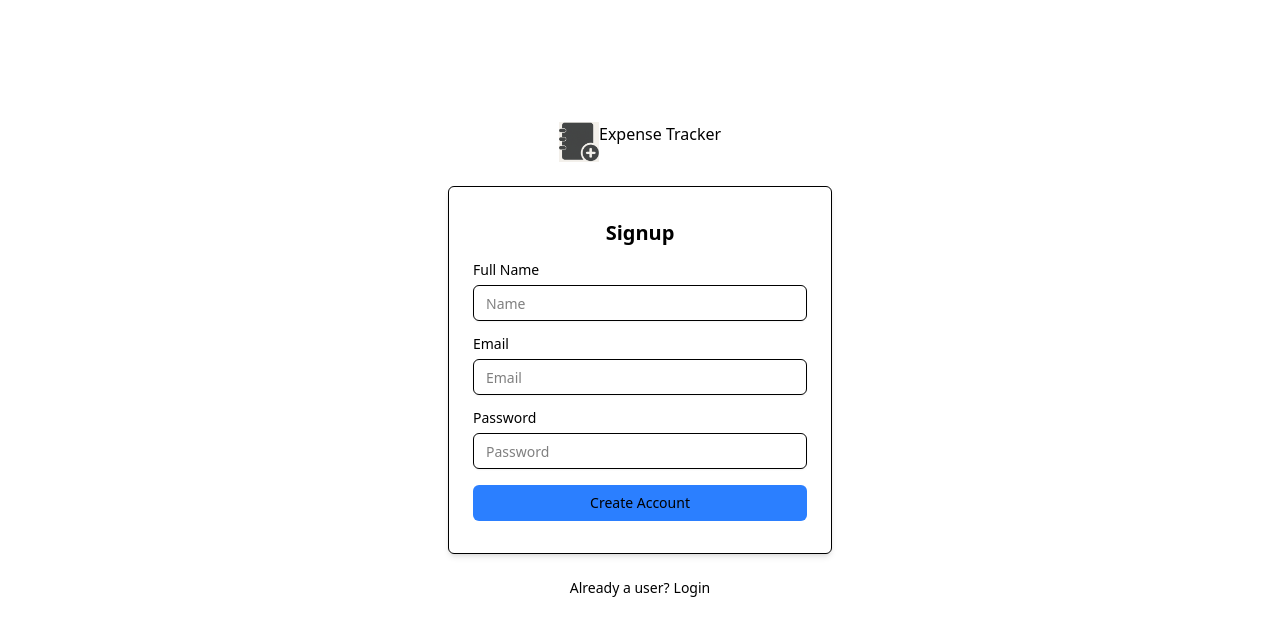
Repository: Syed-Mohsin-Ali786/frontend-expense-tracker
Page: /signup
These files come from the project's save history. The page is drawn as it stood at one moment and after the next save; the edit follows.
The browser window is 1280 px wide. The pictures show the whole page.
The project was rebuilt for these pictures with package versions that can differ from the ones it lists, and the page was loaded fresh each time. Also part of the build but not shown: src/components/ui/dialog.tsx, src/components/AddExpenseDialog.tsx, src/pages/MainPage.tsx.

Above is the page before, as saved 2025-09-30 11:00:20.

### index.html
<!doctype html>
<html lang="en">
  <head>
    <meta charset="UTF-8" />
    <link rel="icon" type="image/svg+xml" href="/ExpenseTracker.png" />
    <meta name="viewport" content="width=device-width, initial-scale=1.0" />
    <title>Expense Tracker</title>
  </head>
  <body>
    <div id="root"></div>
    <script type="module" src="/src/main.tsx"></script>
  </body>
</html>

### src/main.tsx
import { StrictMode } from "react";
import { createRoot } from "react-dom/client";

import App from "./App.tsx";
import { BrowserRouter } from "react-router-dom";

createRoot(document.getElementById("root")!).render(
    <StrictMode>
  <BrowserRouter>
      <App />
  </BrowserRouter>
    </StrictMode>
);

### src/App.tsx
import { Route, Routes } from "react-router-dom";
import MainPage from "./pages/MainPage";
import "./App.css";
import SignUp from "./pages/SignUp";


function App() {
  return (
    <>
    <Routes>

      <Route path="/" element={<MainPage/>}/>
      <Route path="/signup" element={<SignUp/>}/>
    </Routes>
    </>
  );
}

export default App;

### src/pages/SignUp.tsx
import { Button } from "@/components/ui/button";
import { Input } from "@/components/ui/input";
import { Label } from "@/components/ui/label";
import { Link } from "react-router";

interface Signup2Props {
  heading?: string;
  logo?: {
    url: string;
    src: string;
    alt: string;
    title?: string;
  };
  buttonText?: string;
  googleText?: string;
  signupText?: string;
  signupUrl?: string;
}

const SignUp = ({
  heading = "Signup",
  logo = {
    url: "/",
    src: "/ExpenseTracker.png",
    alt: "logo",
    title: "Expense Tracker",
  },
   buttonText = "Create Account",
  signupText = "Already a user?",
  signupUrl = "/login",
}: Signup2Props) => {
  return (
    <section className="bg-muted h-screen">
      <div className="flex h-full items-center justify-center">
        <div className="flex flex-col items-center gap-6 lg:justify-start">
          {/* Logo */}
          <Link to={logo.url} className="flex">
            <img
              src={logo.src}
              alt={logo.alt}
              title={logo.title}
              className="h-10 dark:invert"
            />
            <h1>{logo.title}</h1>
          </Link>
          <div className="min-w-sm border-muted bg-background flex w-full max-w-sm flex-col items-center gap-y-4 rounded-md border px-6 py-8 shadow-md">
            {heading && <h1 className="text-xl font-semibold">{heading}</h1>}
            <div className="flex w-full flex-col gap-2">
              <Label>Full Name</Label>
              <Input
                type="text"
                placeholder="Name"
                className="text-sm"
                required
              />
            </div>
            <div className="flex w-full flex-col gap-2">
              <Label>Email</Label>
              <Input
                type="email"
                placeholder="Email"
                className="text-sm"
                required
              />
            </div>
            <div className="flex w-full flex-col gap-2">
              <Label>Password</Label>
              <Input
                type="password"
                placeholder="Password"
                className="text-sm"
                required
              />
            </div>
            <Button type="submit" className="w-full bg-blue-500 hover:bg-blue-600 cursor-pointer">
              {buttonText}
            </Button>
          </div>
          <div className="text-muted-foreground flex justify-center gap-1 text-sm">
            <p>{signupText}</p>
            <Link
              to={signupUrl}
              className="text-primary font-medium hover:underline"
            >
              Login
            </Link>
          </div>
        </div>
      </div>
    </section>
  );
};

export default SignUp;

### src/components/ui/button.tsx
import * as React from "react"
import { Slot } from "@radix-ui/react-slot"
import { cva, type VariantProps } from "class-variance-authority"

import { cn } from "@/lib/utils"

const buttonVariants = cva(
  "inline-flex items-center justify-center gap-2 whitespace-nowrap rounded-md text-sm font-medium transition-all disabled:pointer-events-none disabled:opacity-50 [&_svg]:pointer-events-none [&_svg:not([class*='size-'])]:size-4 shrink-0 [&_svg]:shrink-0 outline-none focus-visible:border-ring focus-visible:ring-ring/50 focus-visible:ring-[3px] aria-invalid:ring-destructive/20 dark:aria-invalid:ring-destructive/40 aria-invalid:border-destructive",
  {
    variants: {
      variant: {
        default: "bg-primary text-primary-foreground hover:bg-primary/90",
        destructive:
          "bg-destructive text-white hover:bg-destructive/90 focus-visible:ring-destructive/20 dark:focus-visible:ring-destructive/40 dark:bg-destructive/60",
        outline:
          "border bg-background shadow-xs hover:bg-accent hover:text-accent-foreground dark:bg-input/30 dark:border-input dark:hover:bg-input/50",
        secondary:
          "bg-secondary text-secondary-foreground hover:bg-secondary/80",
        ghost:
          "hover:bg-accent hover:text-accent-foreground dark:hover:bg-accent/50",
        link: "text-primary underline-offset-4 hover:underline",
        expense:"cursor-pointer hover:bg-blue-600 bg-blue-500  md:px-6 lg:px-8 rounded-[12px] font-semibold text-[#ffff] text-2xl"
      },
      size: {
        default: "h-9 px-4 py-2 has-[>svg]:px-3",
        sm: "h-8 rounded-md gap-1.5 px-3 has-[>svg]:px-2.5",
        lg: "h-10 rounded-md px-6 has-[>svg]:px-4",
        icon: "size-9",
      },
    },
    defaultVariants: {
      variant: "default",
      size: "default",
    },
  }
)

function Button({
  className,
  variant,
  size,
  asChild = false,
  ...props
}: React.ComponentProps<"button"> &
  VariantProps<typeof buttonVariants> & {
    asChild?: boolean
  }) {
  const Comp = asChild ? Slot : "button"

  return (
    <Comp
      data-slot="button"
      className={cn(buttonVariants({ variant, size, className }))}
      {...props}
    />
  )
}

export { Button }

### src/components/ui/input.tsx
import * as React from "react"

import { cn } from "@/lib/utils"

function Input({ className, type, ...props }: React.ComponentProps<"input">) {
  return (
    <input
      type={type}
      data-slot="input"
      className={cn(
        "file:text-foreground placeholder:text-muted-foreground selection:bg-primary selection:text-primary-foreground dark:bg-input/30 border-input h-9 w-full min-w-0 rounded-md border bg-transparent px-3 py-1 text-base shadow-xs transition-[color,box-shadow] outline-none file:inline-flex file:h-7 file:border-0 file:bg-transparent file:text-sm file:font-medium disabled:pointer-events-none disabled:cursor-not-allowed disabled:opacity-50 md:text-sm",
        "focus-visible:border-ring focus-visible:ring-ring/50 focus-visible:ring-[3px]",
        "aria-invalid:ring-destructive/20 dark:aria-invalid:ring-destructive/40 aria-invalid:border-destructive",
        className
      )}
      {...props}
    />
  )
}

export { Input }

Loaded but not shown: src/App.css (common file); src/components/ui/label.tsx (common file); src/lib/utils.ts (common file)

After the next save:
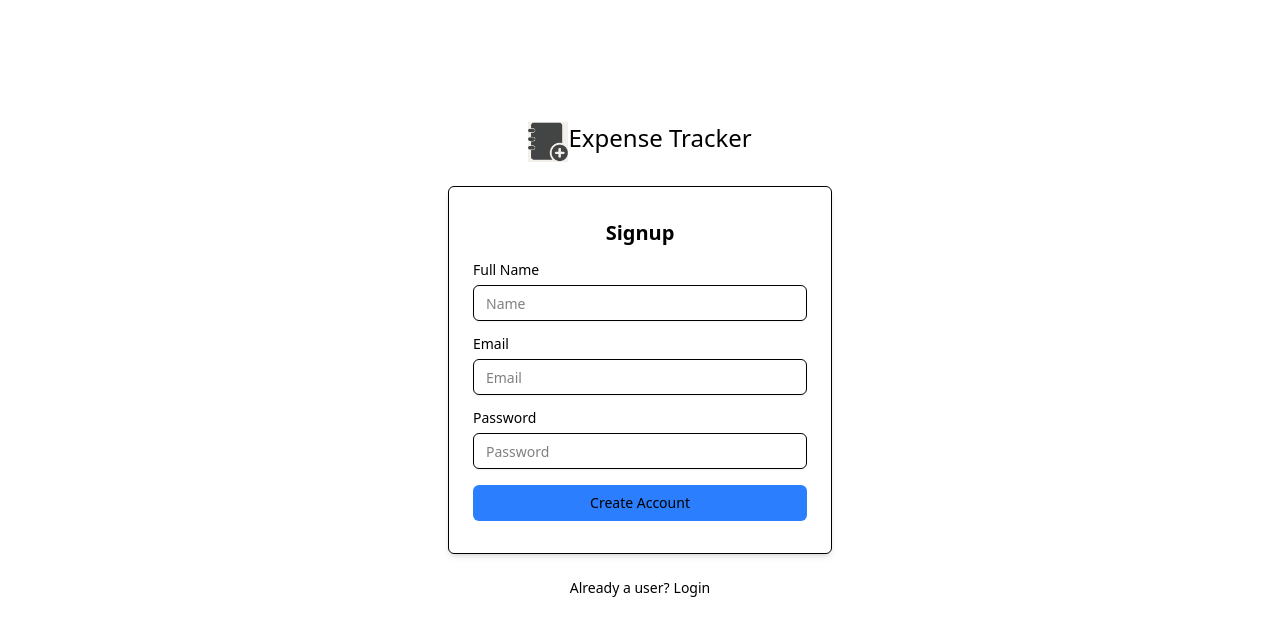
Saved 14 s later.
--- a/src/pages/SignUp.tsx
+++ b/src/pages/SignUp.tsx
@@ -41,7 +41,7 @@ const SignUp = ({
               title={logo.title}
               className="h-10 dark:invert"
             />
-            <h1>{logo.title}</h1>
+            <h1 className="text-2xl">{logo.title}</h1>
           </Link>
           <div className="min-w-sm border-muted bg-background flex w-full max-w-sm flex-col items-center gap-y-4 rounded-md border px-6 py-8 shadow-md">
             {heading && <h1 className="text-xl font-semibold">{heading}</h1>}
